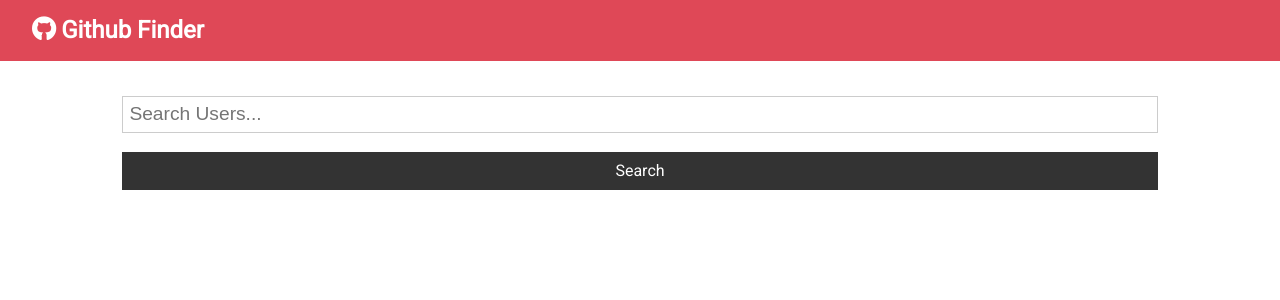
Repository: buddykaroon/github-finder
Page: /
The author's editor kept a copy of each file at every save. The page is drawn from the files as they stood at one save, then again after a run of saves.
The browser window is 1280 px wide. The pictures show the whole page.
Some web libraries are served in a nearby version. The project was rebuilt for these pictures with package versions that can differ from the ones it lists, and the page was loaded fresh each time. Also part of the build but not shown: src/components/users/UserItem.js, src/components/layout/Spinner.js, src/components/pages/About.js, src/components/layout/Alert.js.

Above is the page before, as saved 2020-01-30 20:25:15.

### src/App.js
import React, {Fragment, Component} from 'react';
import {BrowserRouter as Router, Switch, Route} from 'react-router-dom';
import './App.css';
import Navbar from './components/layout/Navbar';
import Users from './components/users/Users';
import axios from 'axios';
import Search from './components/users/Search';
import { render } from '@testing-library/react';
import About from './components/pages/About'
import Alert from './components/layout/Alert'


class App extends Component {
  state = {
    users: [],
    loading: false,
    alert:null
  }

  // async componentDidMount() {
  //   this.setState({loading:true});
  //   const res = await axios.get(`https://api.github.com/users?client_id=${process.env.REACT_APP_GITHUB_CLIENT_ID}&
  //   ${process.env.REACT_APP_GITHUB_CLIENT_SECRET}`);
  //   this.setState({users:res.data, loading:false});
  // }
  //Search Github Users
  searchUsers = async text => {
    this.setState({loading:true});
    const res = await axios.get(`https://api.github.com/search/users?q=${text}&client_id=${process.env.REACT_APP_GITHUB_CLIENT_ID}&
    ${process.env.REACT_APP_GITHUB_CLIENT_SECRET}`);
    this.setState({users:res.data.items, loading:false});
  }
  clearUsers = () => {
    this.setState({users:[], loading:false});
  }

  //Set alert
  setAlert = (msg, type) => {
    this.setState({alert:{msg: msg, type: type}});
    setTimeout(() => this.setState({alert : null}), 1500);
  }
  render()
  {
    return (
      <div className="App">
        <Navbar />
        <div className="container">
        <Alert alert = {this.state.alert}/>
        <Router>
        <Switch>
          <Route exact path = "/" render = {props => (<Fragment>
        <Search searchUsers = {this.searchUsers} clearUsers = {this.clearUsers} showClear = {this.state.users.length > 0 ? true : false}
        setAlert = {this.setAlert} > </Search></Fragment>)}/>
        <Route exact path = "/About" component = {About}></Route>
        </Switch>
        </Router>
        <Users loading = {this.state.loading} users = {this.state.users}></Users>
        </div>
      </div>
    );
  }
};

export default App;

### src/components/layout/Navbar.js
import React, { Component } from 'react'
import PropTypes from 'prop-types'
import {Link} from 'react';
const  Navbar = ({icon, title}) => {
        return (
            <nav className = "navbar bg-primary">
                <h1>
                <i className = {icon}></i> {title}
                </h1>
                <ul>
                    <li>

                    </li>
                    <li>

                    </li>
                </ul>
            </nav>
        );
};
//Passing in properties.
Navbar.defaultProps = {
    title: 'Github Finder',
    icon: 'fab fa-github'
};
//Requirements
Navbar.propTypes = {
    title: PropTypes.string.isRequired,
    icon: PropTypes.string.isRequired
};
export default Navbar

### src/components/users/Users.js
import React, { Component } from 'react'
import UserItem from './UserItem'
import PropTypes from 'prop-types'
import Spinner from '../layout/Spinner'
const Users = ({users, loading}) => {
    if (loading){
        return <Spinner></Spinner>
    }
    else {
        console.log(users);
        return (
            <div style = {userStyle}>
                {users.map(user =>
                    (
                    <UserItem key = {user.id} user = {user}/>
                    )
                    )}
            </div>
        );
    }
}

const userStyle = {
    display : 'grid',
    gridTemplateColumns: 'repeat(3, 1fr)',
    gridGap: '1rem'
}

Users.propTypes = {
    users: PropTypes.array.isRequired,
    loading: PropTypes.bool.isRequired
}
export default Users

### src/components/users/Search.js
import React, { Component } from 'react'
export class Search extends Component {
    state = {
        text:''
    }
    onSubmit = (e) => {
        e.preventDefault();
        if (this.state.text == '')
        {
            this.props.setAlert('Please enter something', 'light');
        }
        else {
            this.props.searchUsers(this.state.text);
            this.setState({text: ''});
        }
    }
    onChange = (e) => {
        this.setState( {text:e.target.value} );

    }
    render() {
        return (
            <div>
                <form onSubmit={this.onSubmit} className = "form">
                <input type="text" name = "text" placeholder = "Search Users..." value = {this.state.text} onChange = {this.onChange} />
                <input type="submit" value = "Search" className = "btn btn-dark btn-block" />
                </form>
                {this.props.showClear  && (
                <button className="btn btn-light btn-block" onClick = {this.props.clearUsers}>Clear Users</button>)  }
            </div>
        )
    }
}

export default Search

Loaded but not shown: public/index.html (common file); src/index.js (common file); src/App.css (common file)

After the next 2 saves:
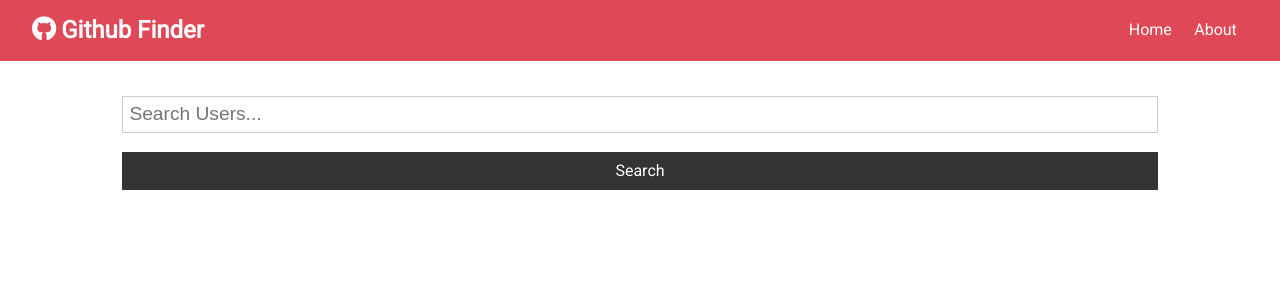
The 2 saves are shown as one change because 1 did not build or start.
The last was saved 60 s later.
--- a/src/App.js
+++ b/src/App.js
@@ -43,19 +43,19 @@ class App extends Component {
   {
     return (
       <div className="App">
+        <Router>
         <Navbar />
         <div className="container">
         <Alert alert = {this.state.alert}/>
-        <Router>
         <Switch>
           <Route exact path = "/" render = {props => (<Fragment>
         <Search searchUsers = {this.searchUsers} clearUsers = {this.clearUsers} showClear = {this.state.users.length > 0 ? true : false}
         setAlert = {this.setAlert} > </Search></Fragment>)}/>
         <Route exact path = "/About" component = {About}></Route>
         </Switch>
-        </Router>
         <Users loading = {this.state.loading} users = {this.state.users}></Users>
         </div>
+        </Router>
       </div>
     );
   }
--- a/src/components/layout/Navbar.js
+++ b/src/components/layout/Navbar.js
@@ -1,6 +1,6 @@
 import React, { Component } from 'react'
 import PropTypes from 'prop-types'
-import {Link} from 'react';
+import {Link} from 'react-router-dom';
 const  Navbar = ({icon, title}) => {
         return (
             <nav className = "navbar bg-primary">
@@ -9,10 +9,10 @@ const  Navbar = ({icon, title}) => {
                 </h1>
                 <ul>
                     <li>
-
+                        <Link to= "/">Home</Link>
                     </li>
                     <li>
-
+                        <Link to= "/About">About</Link>
                     </li>
                 </ul>
             </nav>
